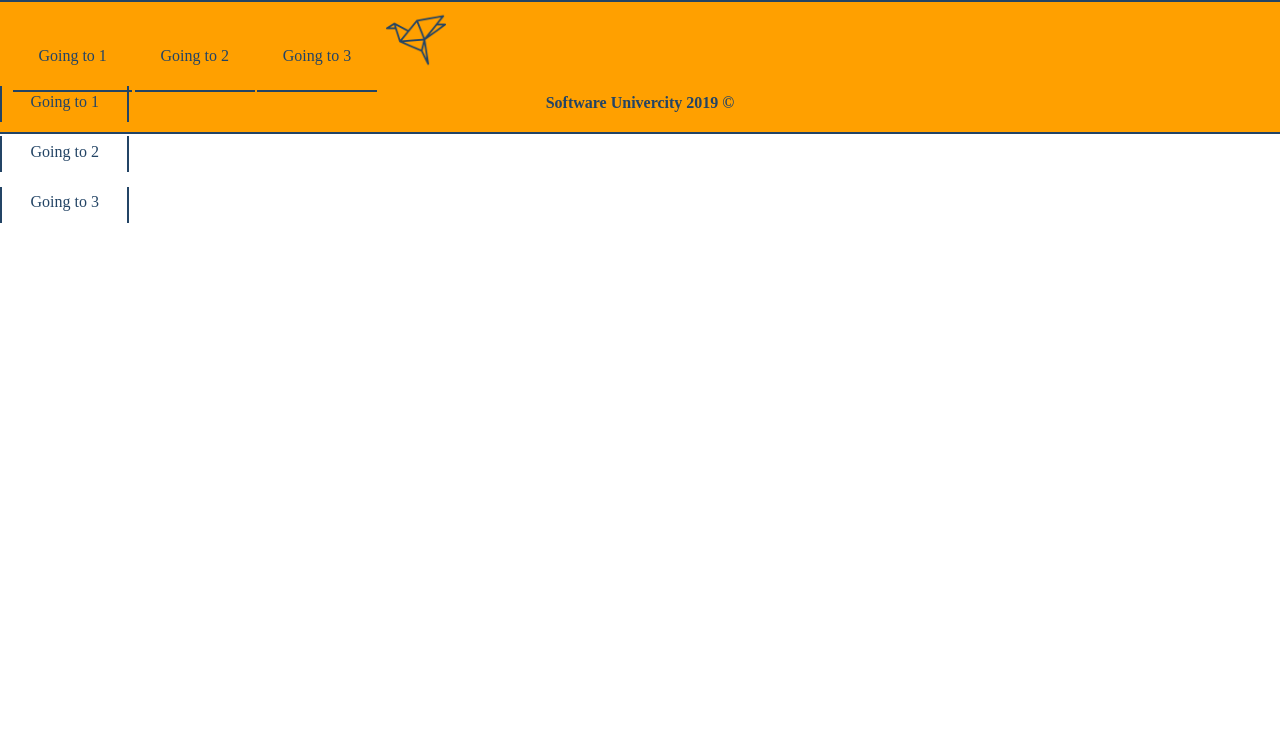
Repository: vsterev/origami
Page: /
An editor plug-in stored every save of this project. The page is shown before and after the next save, followed by the edit.
The browser window is 1280 px wide. The pictures show the whole page.
The project was rebuilt for these pictures with package versions that can differ from the ones it lists, and the page was loaded fresh each time.

Above is the page before, as saved 2020-07-12 15:23:39.

### public/index.html
<!DOCTYPE html>
<html lang="en">
  <head>
    <meta charset="utf-8" />
    <link rel="icon" href="%PUBLIC_URL%/favicon.ico" />
    <meta name="viewport" content="width=device-width, initial-scale=1" />
    <meta name="theme-color" content="#000000" />
    <meta
      name="description"
      content="Web site created using create-react-app"
    />
    <link rel="apple-touch-icon" href="%PUBLIC_URL%/logo192.png" />
    <!--
      manifest.json provides metadata used when your web app is installed on a
      user's mobile device or desktop. See https://developers.google.com/web/fundamentals/web-app-manifest/
    -->
    <!--
      Notice the use of %PUBLIC_URL% in the tags above.
      It will be replaced with the URL of the `public` folder during the build.
      Only files inside the `public` folder can be referenced from the HTML.

      Unlike "/favicon.ico" or "favicon.ico", "%PUBLIC_URL%/favicon.ico" will
      work correctly both with client-side routing and a non-root public URL.
      Learn how to configure a non-root public URL by running `npm run build`.
    -->
    <title>Origami workshop</title>
  </head>
  <body>
    <noscript>You need to enable JavaScript to run this app.</noscript>
    <div id="root"></div>
    <!--
      This HTML file is a template.
      If you open it directly in the browser, you will see an empty page.

      You can add webfonts, meta tags, or analytics to this file.
      The build step will place the bundled scripts into the <body> tag.

      To begin the development, run `npm start` or `yarn start`.
      To create a production bundle, use `npm run build` or `yarn build`.
    -->
  </body>
</html>

### src/index.css

@import url('https://fonts.googleapis.com/css?family=Indie+Flower&display=swap');
* {
    margin: 0;
    padding: 0;
    font-family: 'Indie- Flower', cursive;
}

### src/App.js
import React from 'react';
import './App.css';
import Header from './components/header'
import Menu from './components/menu'
import Footer from './components/footer'
function App() {
  return (
    <div className="App">
      {/* <Header /> */}
      <Menu />
      <Footer />
    </div>
  );
}

export default App;

### src/App.css
.App {
  max-width: 100%;
  margin: 0 auto;
}

.Container {
  margin-top: 8.5%;
  padding: 0.5%;
  /* border: 1px solid purple; */
  margin-bottom: 0.1%;
}

### src/components/menu/index.js
import React from 'react'
import './style.css'
import Link from '../link'
const Menu = () => {
    return (
        <aside className="Aside">
            <ul>
                <Link to="/home">Going to 1</Link>
                <Link to="/">Going to 2</Link>
                <Link to="/new">Going to 3</Link>
            </ul>
        </aside>
    )

}
export default Menu

### src/components/footer/index.js
import React from 'react'
import './styles.css'
import Link from '../link'
import logo from '../../images/blue-origami-bird-flipped.png'

const Footer = () => {
    return (
        <footer className="Footer">
            <ul>
                <Link to="/home">Going to 1</Link>
                <Link to="/">Going to 2</Link>
                <Link to="/new">Going to 3</Link>
                <Link to="/"><img id="logo" src={logo} alt="logo" /></Link>
            </ul>
            <p>Software Univercity 2019 &#169;</p>
        </footer>
    )
}
export default Footer

### src/components/header/styles.css
.Navigation {
    width: 100%;
    height: 10vh;
    background-color: #234465;
    color: white;
    position: fixed;
    top: 0;
    border-bottom: 2px solid #ffa000;
    border-top: 2px solid #ffa000;
}
#logo {
    width: 60px;
}

### src/components/link/index.js
import React from 'react'
import './styles.css'
function Link({ children, to }) {
    return (
        <li className="listItem">
            <a href={to}>{children}</a>
        </li>
    )
}
export default Link;

### src/components/menu/style.css
.Aside {
    position: absolute;
    top: 12vh;
    display: inline-block;
    width: 10%;
    margin-right: 1%;
    height: 89.5vh;
    /* border:1px solid red; */
    vertical-align: top;
}

### src/components/footer/styles.css
.Footer {
    width: 100%;
    height: 18vh;
    background-color: #ffa000;
    color: #234465;
    border-top: 2px solid #234465;
    border-bottom: 2px solid #234465;
    margin-bottom: 1%;
}

.Footer p {
    text-align: center;
    font-weight: bold;;
}

### src/components/link/styles.css
nav .listItem a {
    color: white;
    text-decoration: none;
}

footer .listItem a {
    color: #234465;
    text-decoration: none;
}

nav .listItem, footer .listItem {
    display: inline-block;
    height: auto;
    margin-right: 2%;
    cursor: pointer;
    padding: 0.5%;
    margin: 0.1%;
    vertical-align: top;
}

footer .listItem:nth-child(1) {
    margin-left: 1%;
}

nav .listItem:not(:first-child) {
    padding: 2%;
    margin-top: 1.5%;
    border-top: 2px solid #ffa000;
}

footer .listItem:not(:last-child) {
    padding: 2%;
    margin-top: 1.5%;
    border-bottom: 2px solid #234465;
}

nav .listItem:hover {
    border-top: none;
    border-bottom: 2px solid #ffa000;
    font-weight: bold;
}

footer .listItem:hover {
    border-bottom: none;
    border-top: 2px solid #234465;
    font-weight: bold;
}

aside .listItem {
    display: block;
    width: 98%;
    border-left: 2px solid #234465;
    border-right: 2px solid #234465;
    margin-bottom: 11%;
    height: 5vh;
    text-align: center;
}

aside .listItem a {
    color: #234465;
    text-align: center;
    text-decoration: none;
    padding-top: 5%;
    height: 60%;
    display: block;
}

aside .listItem:hover {
    border-left: none;
    border-right: none;
    font-weight: bold;
    border-top: 2px solid #234465;
    border-bottom: 2px solid #234465;
    color: #ffa000;
}

### src/components/header/index.js
import React from 'react'
import './styles.css'
import Link from '../link'
import logo from '../../images/white-origami-bird.png'

export default function Header() {
    return (
        <nav className="Navigation">
            <ul>
                <Link to="/"><img id="logo" src={logo} alt="logo" /></Link>
                <Link to="/home">Going to 1</Link>
                <Link to="/">Going to 2</Link>
                <Link to="/new">Going to 3</Link>
            </ul>
        </nav>
    )
}

Loaded but not shown: src/index.js (common file)

After the next save:
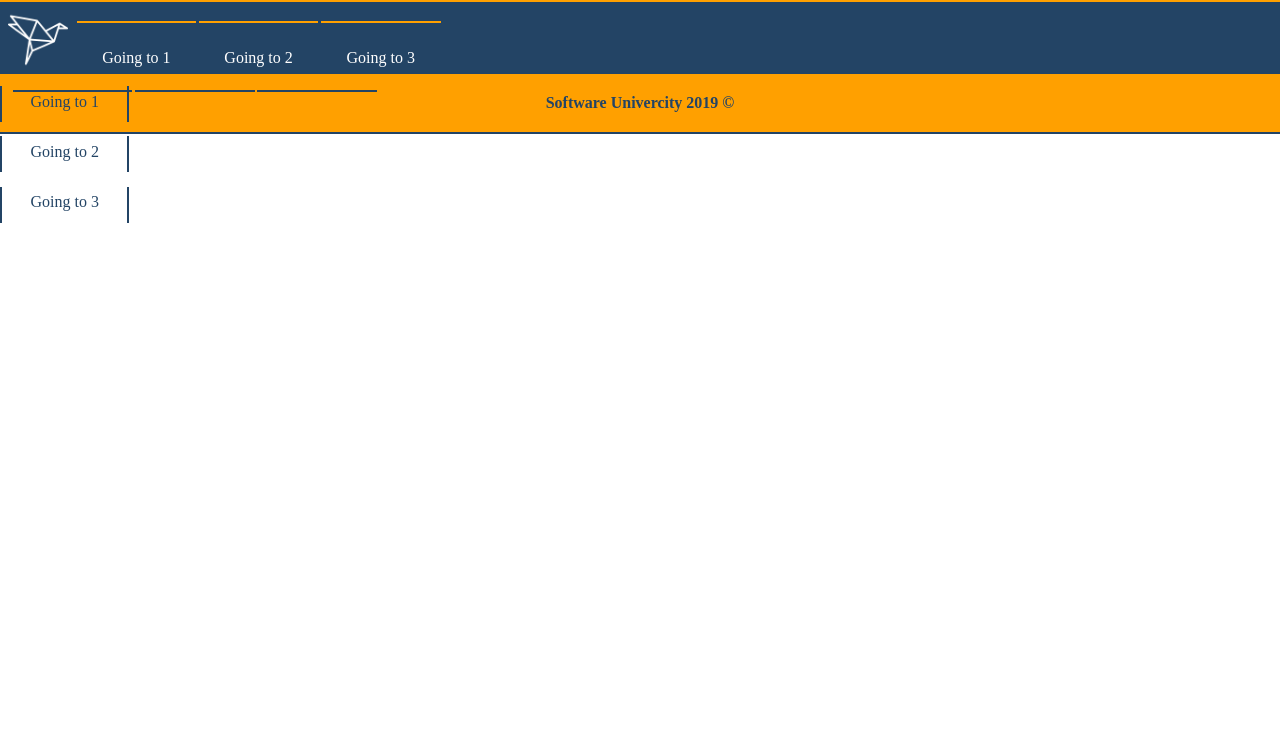
Saved 76 s later.
--- a/src/App.js
+++ b/src/App.js
@@ -6,7 +6,7 @@
 function App() {
   return (
     <div className="App">
-      {/* <Header /> */}
+      <Header />
       <Menu />
       <Footer />
     </div>
